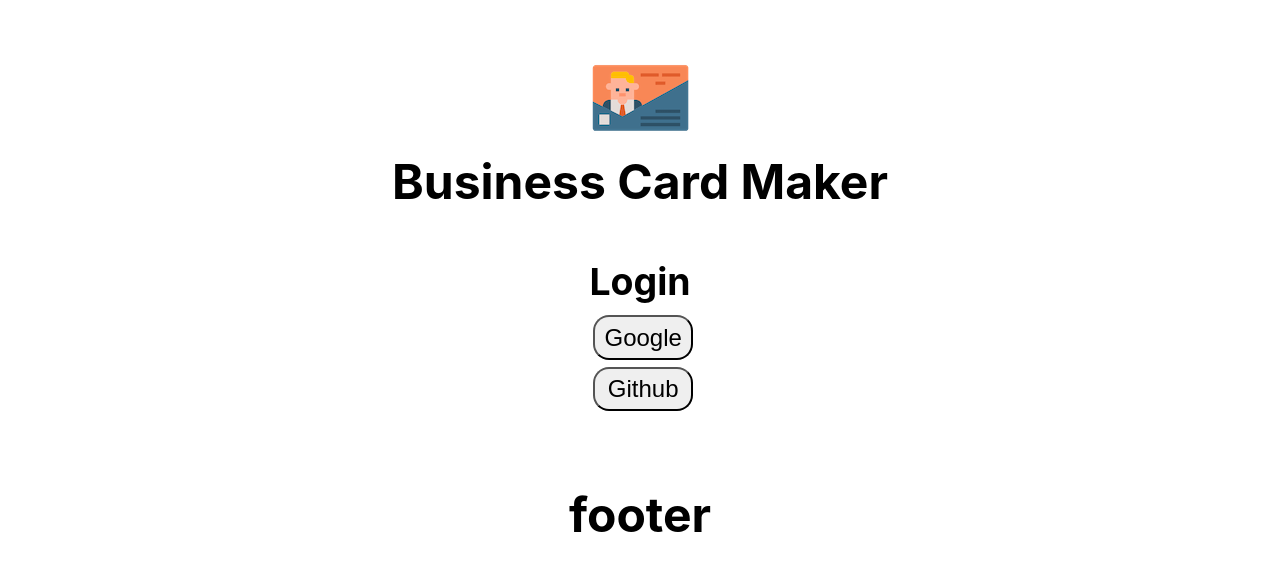
Repository: gomgomigom/firebase_practice_card_maker
Page: /
The author's editor kept a copy of each file at every save. The page is drawn from the files as they stood at one save, then again after the next save.
The browser window is 1280 px wide. The pictures show the whole page.
The page's requests for data from a server got no answer. The project was rebuilt for these pictures with package versions that can differ from the ones it lists, and the page was loaded fresh each time. No one was signed in, and anything a server would have sent is missing.

Above is the page before, as saved 2022-01-21 13:55:51.

### public/index.html
<!DOCTYPE html>
<html lang="en">
  <head>
    <meta charset="utf-8" />
    <link rel="icon" href="./images/logo.png" />
    <meta name="viewport" content="width=device-width, initial-scale=1" />
    <meta name="theme-color" content="#000000" />
    <meta
      name="description"
      content="Web site created using create-react-app"
    />
    <title>Card-Maker</title>
  </head>
  <body>
    <noscript>You need to enable JavaScript to run this app.</noscript>
    <div id="root"></div>
  </body>
</html>

### src/index.js
import React from 'react';
import ReactDOM from 'react-dom';
import './index.module.css';
import App from './app';
import AuthService from './service/auth_service';

const authService = new AuthService();
ReactDOM.render(
  <React.StrictMode>
    <App authService={authService} />
  </React.StrictMode>,
  document.getElementById('root')
);

### src/app.js
import './app.css';
import Login from './components/login/login';

function App({ authService }) {
  return (
    <h1>
      <Login authService={authService} />
    </h1>
  );
}

export default App;

### src/service/auth_service.js
import firebase from 'firebase';
import firebaseApp from './firebase';

class AuthService {
  login(providerName) {
    const authProvider = new firebase.auth[`${providerName}AuthProvider`]();
    return firebaseApp.auth().signInWithPopup(authProvider);
  }
}
export default AuthService;

### src/components/login/login.jsx
import React from 'react';
import Footer from '../footer/footer';
import Header from '../header/header';
import styles from './login.module.css';

const Login = ({ authService }) => {
  const onLogin = (event) => {
    authService //
      .login(event.currentTarget.textContent)
      .then(console.log);
  };

  return (
    <section className={styles.login}>
      <Header />
      <section className={styles.loginList}>
        <h1 className={styles.title}>Login</h1>
        <ul>
          <li>
            <button className={styles.button} onClick={onLogin}>
              Google
            </button>
          </li>
          <li>
            <button className={styles.button} onClick={onLogin}>
              Github
            </button>
          </li>
        </ul>
      </section>
      <Footer />
    </section>
  );
};

export default Login;

### src/service/firebase.js
import firebase from 'firebase';

const firebaseConfig = {
  apiKey: process.env.REACT_APP_FIREBASE_API_KEY,
  authDomain: process.env.REACT_APP_FIREBASE_AUTH_DOMAIN,
  projectId: process.env.REACT_APP_FIREBASE_PROJECT_ID,
  storageBucket: process.env.REACT_APP_FIREBASE_STORAGE_BUCKET,
};

const firebaseApp = firebase.initializeApp(firebaseConfig);

export default firebaseApp;

### src/components/footer/footer.jsx
import React from 'react';

const Footer = (props) => <h1>footer</h1>;

export default Footer;

### src/components/header/header.jsx
import React from 'react';
import styles from './header.module.css';

const Header = ({ onLogout }) => {
  return (
    <header className={styles.header}>
      {onLogout && (
        <button className={styles.button} onClick={onLogout}>
          Logout
        </button>
      )}
      <img className={styles.logo} src='/images/logo.png' alt='logo' />
      <h1 className={styles.title}>Business Card Maker</h1>
    </header>
  );
};

export default Header;

### src/components/login/login.module.css
@value makerGrey from '../../common/colors.css';
@value makerWhite from '../../common/colors.css';
@value makerGreen from '../../common/colors.css';

.login {
  display: flex;
  flex-direction: column;
  align-items: center;
  justify-content: center;
  background-color: makerGrey;
  padding: 2rem;
}

.loginList {
  width: 40rem;
  height: 14rem;
  flex-direction: column;
  display: flex;
  align-items: center;
  justify-content: center;
  background-color: makerWhite;
}

li {
  list-style: none;
}

ul {
  margin: 0;
  padding: 0;
}

.title {
  margin: 0.5rem;
}

.button {
  border: 2px solid makerGreen;
  border-radius: 1rem;
  width: 100%;
  font-size: 1.5rem;
  padding: 0.4rem;
  margin: 0.2rem;
}

### src/components/header/header.module.css
@value makerBlack from '../../common/colors.css';
@value makerGreen from '../../common/colors.css';
@value makerWhite from '../../common/colors.css';
@value makerWheat from '../../common/colors.css';

.header {
  width: 40rem;
  display: flex;
  flex-wrap: wrap;
  flex-direction: column;
  justify-content: center;
  align-items: center;
  font-size: 2rem;
  background-color: makerGreen;
}

.logo {
  margin: 0.6rem;
}

.title {
  color: makerWhite;
  margin: 0.6rem;
}

Loaded but not shown: src/index.module.css (common file); src/app.css (common file)

After the next save:
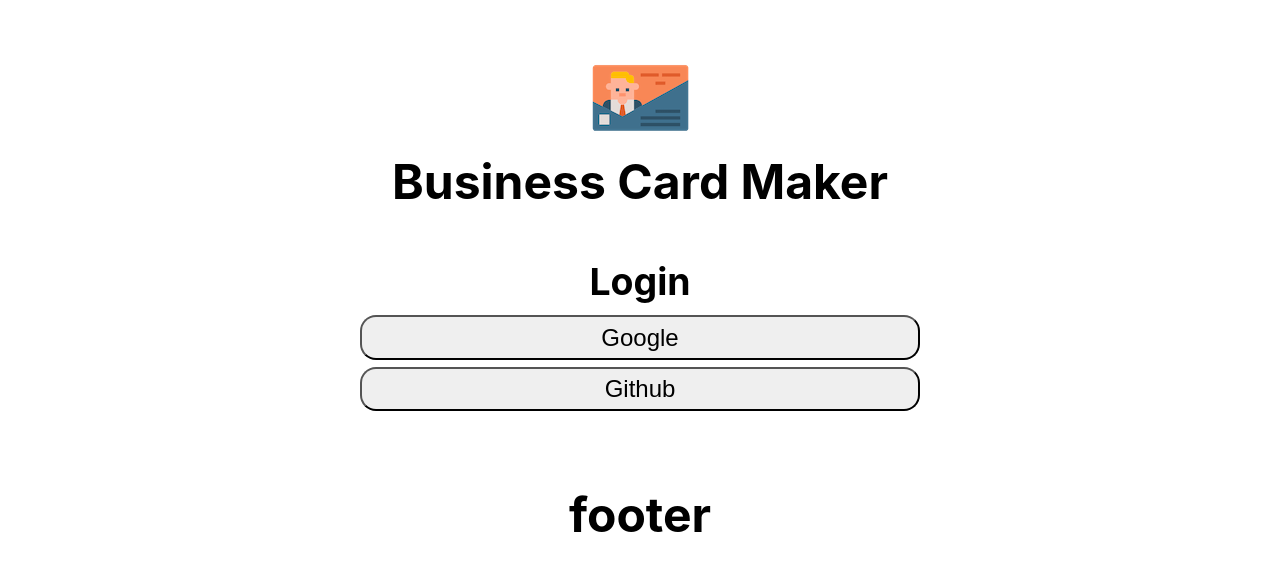
Saved 20 s later.
--- a/src/components/login/login.module.css
+++ b/src/components/login/login.module.css
@@ -37,7 +37,7 @@ ul {
 .button {
   border: 2px solid makerGreen;
   border-radius: 1rem;
-  width: 100%;
+  width: 35rem;
   font-size: 1.5rem;
   padding: 0.4rem;
   margin: 0.2rem;
